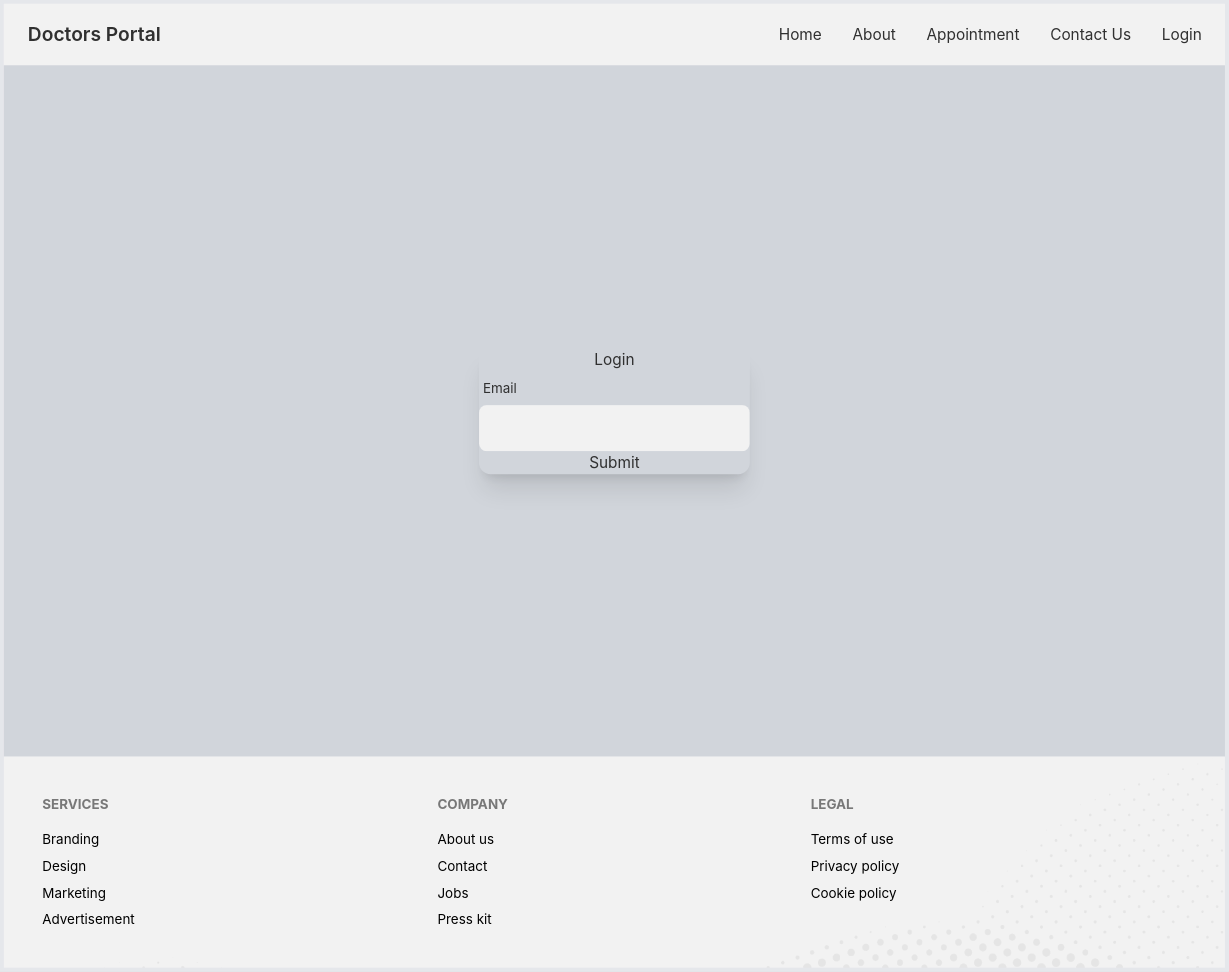
Repository: Samad77/Doctorportal-Client
Page: /login
These files come from the project's save history. The page is drawn as it stood at one moment and after the next save; the edit follows.
The browser window is 1280 px wide. The pictures show the whole page, at 96% of full size.
The project was rebuilt for these pictures with package versions that can differ from the ones it lists, and the page was loaded fresh each time. Also part of the build but not shown: src/Pages/Appointment/BookingModal/BookingModal.js, src/Pages/Appointment/AppoinmentCard/AppoinmentCard.js, src/Pages/Appointment/AppointmentBanner/AppointmentBanner.js, src/Pages/Appointment/AvailavleAppoinment/AvailableAppoinment.js, src/Pages/Appointment/Appoinment/Appoinment.js, src/Components/PrimaryButton/PrimaryButton.js, src/Pages/Home/Banner/Banner.js, src/Pages/Home/Cards/Cards.js and 5 more.

Above is the page before, as saved 2022-11-15 11:05:16.

### src/index.js
import React from 'react';
import ReactDOM from 'react-dom/client';
import './index.css';
import App from './App';
import reportWebVitals from './reportWebVitals';
import 'react-day-picker/dist/style.css';
const root = ReactDOM.createRoot(document.getElementById('root'));
root.render(
  <React.StrictMode>
    <App />
  </React.StrictMode>
);

// If you want to start measuring performance in your app, pass a function
// to log results (for example: reportWebVitals(console.log))
// or send to an analytics endpoint. Learn more: https://bit.ly/CRA-vitals
reportWebVitals();

### src/App.js
import logo from './logo.svg';
import './App.css';
import {RouterProvider} from 'react-router-dom'
import router from './Layout/Routes/Routes';
import Cards from './Pages/Home/Cards/Cards';
function App() {
  return (
    <div className="App max-w-[1440px] mx-auto border-4">
      <RouterProvider router={router}>

      </RouterProvider>
    </div>
  );
}

export default App;

### src/Layout/Routes/Routes.js
import { createBrowserRouter } from "react-router-dom";
import Appoinment from "../../Pages/Appointment/Appoinment/Appoinment";
import Home from "../../Pages/Home/Home";
import Login from "../../Pages/Login/Login";
import Main from "../Main/Main";

const router = createBrowserRouter([
    {path : "/",
    element : <Main></Main>,
    children : [
        {path : '/', element : <Home></Home>,},
        {path: '/home', element : <Home></Home>},
        {path: '/login', element : <Login></Login>},
        {path : '/appointment', element: <Appoinment></Appoinment>}
    ]
    }
])

export default router;

### src/Pages/Login/Login.js
import React, { useState } from 'react';
import { useForm } from 'react-hook-form';

const Login = () => {
    const { register, handleSubmit } = useForm();
    const [data, setData] = useState("");

    return (
        <section className='h-screen flex justify-center items-center  bg-gray-300'>

            <form onSubmit={handleSubmit((data) => setData(JSON.stringify(data)))} className=" rounded-xl shadow-xl">
                <h1 className=''>Login</h1>
                <div className="form-control  max-w-xs">
                    <label className="label">
                        <span className="label-text">Email</span>
                    </label>
                    <input type="text" {...register("Email")} className="input input-bordered- w-full max-w-xs"/>
                </div>
                {/* <select {...register("category", { required: true })}>
                    <option value="">Select...</option>
                    <option value="A">Option A</option>
                    <option value="B">Option B</option>
                </select> */}
                {/* <textarea {...register("aboutYou")} placeholder="About you" /> */}
                <p>{data}</p>
                <input type="submit" />
            </form>
        </section>
    );
};

export default Login;

### src/Layout/Main/Main.js
import React from 'react';
import Footer from '../../Pages/Shared/Footer/Footer';
import Navbar from '../../Pages/Shared/Navbar/Navbar';
import {Outlet} from 'react-router-dom'
const Main = () => {
    return (
        <div>
            <Navbar></Navbar>
                <Outlet></Outlet>
            <Footer></Footer>
        </div>
    );
};

export default Main;

### src/Pages/Shared/Footer/Footer.js
import React from 'react';
import footerImg from '../../../assets/images/footer.png'
const Footer = () => {
    return (
        <footer className="footer p-10 text-black" style={{background : `url(${footerImg})`, backgroundSize: "cover"}}>
  <div>
    <span className="footer-title">Services</span>
    <a className="link link-hover">Branding</a>
    <a className="link link-hover">Design</a>
    <a className="link link-hover">Marketing</a>
    <a className="link link-hover">Advertisement</a>
  </div>
  <div>
    <span className="footer-title">Company</span>
    <a className="link link-hover">About us</a>
    <a className="link link-hover">Contact</a>
    <a className="link link-hover">Jobs</a>
    <a className="link link-hover">Press kit</a>
  </div>
  <div>
    <span className="footer-title">Legal</span>
    <a className="link link-hover">Terms of use</a>
    <a className="link link-hover">Privacy policy</a>
    <a className="link link-hover">Cookie policy</a>
  </div>
</footer>
    );
};

export default Footer;

### src/Pages/Shared/Navbar/Navbar.js
import React from 'react';
import {Link} from 'react-router-dom'
const Navbar = () => {

    const menuItems =

    <React.Fragment>
        <li><Link to="/home">Home</Link></li>
        <li><Link to="/about">About</Link></li>
        <li><Link to="/appointment">Appointment</Link></li>
        <li><Link to="/contact">Contact Us</Link></li>
        <li><Link to="/login">Login</Link></li>
    </React.Fragment>

    return (
        <div className="navbar bg-base-100 flex justify-between">
  <div className="navbar-start">
    <div className="dropdown">
      <label tabIndex={0} className="btn btn-ghost lg:hidden">
        <svg xmlns="http://www.w3.org/2000/svg" className="h-5 w-5" fill="none" viewBox="0 0 24 24" stroke="currentColor"><path strokeLinecap="round" strokeLinejoin="round" strokeWidth="2" d="M4 6h16M4 12h8m-8 6h16" /></svg>
      </label>
      <ul tabIndex={0} className="menu menu-compact dropdown-content mt-3 p-2 shadow rounded-box w-52">
            {menuItems}
      </ul>
    </div>
    <Link to='/' className="btn btn-ghost normal-case text-xl">Doctors Portal</Link>
  </div>
  <div className="navbar-center hidden lg:flex">
    <ul className="menu menu-horizontal p-0">
        {menuItems}
    </ul>
  </div>

</div>
    );
};

export default Navbar;

### tailwind.config.js
/** @type {import('tailwindcss').Config} */
module.exports = {
  content: ["./src/**/*.{js,jsx,ts,tsx}"],
  theme: {
    extend: {},
  },
  daisyui : {
    themes : [

    {
      doctorThemes: {

primary: "#0FCFEC",

secondary: "#19D3AE",

neutral: "#3A4256",

"base-100": "#F2F2F2",

      },
    },
  ]
  },
  plugins: [require("daisyui")],
}

Loaded but not shown: public/index.html (common file); src/index.css (common file); src/reportWebVitals.js (common file); src/App.css (common file)

After the next save:
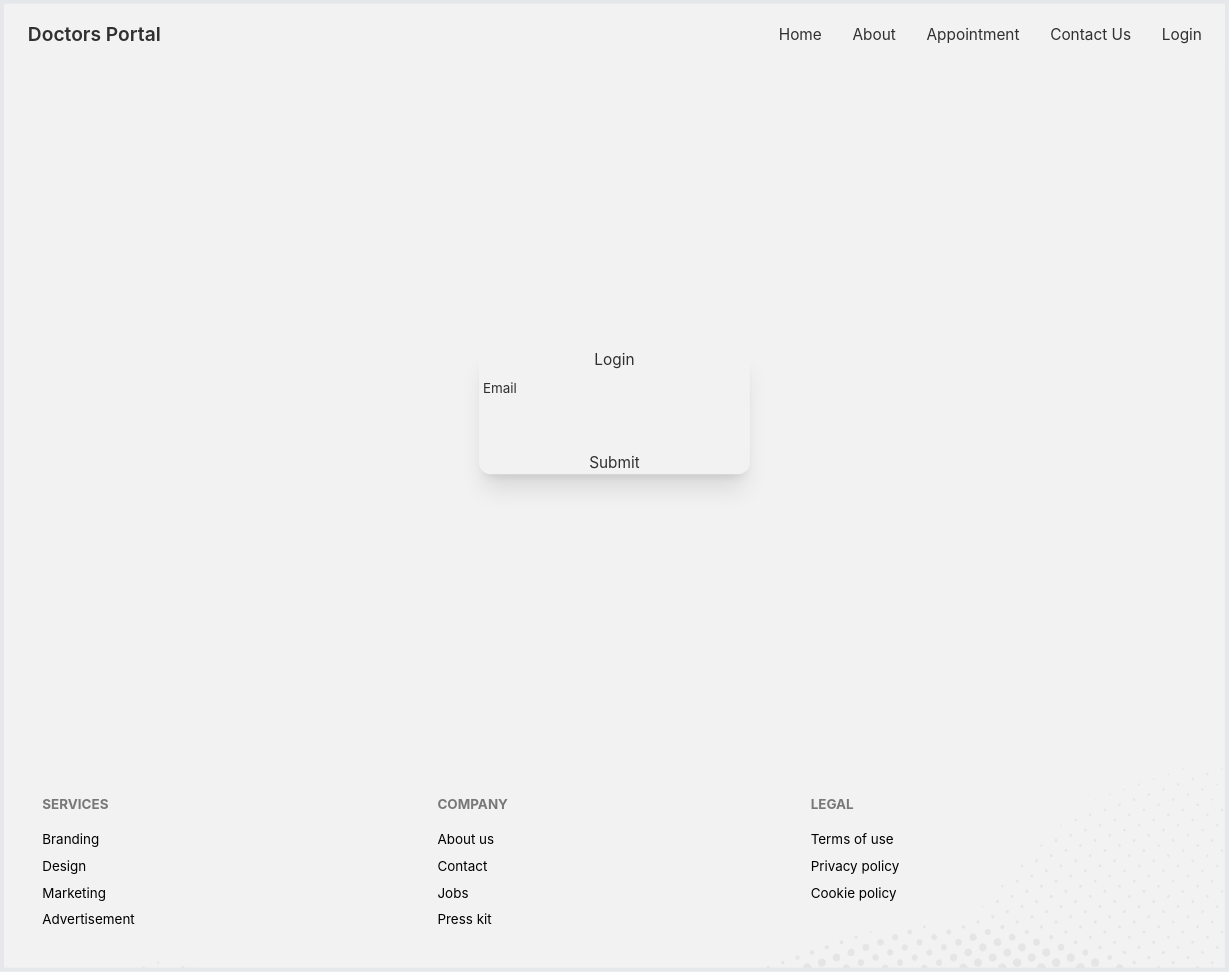
Saved 13 s later.
--- a/src/Pages/Login/Login.js
+++ b/src/Pages/Login/Login.js
@@ -6,7 +6,7 @@ const Login = () => {
     const [data, setData] = useState("");
 
     return (
-        <section className='h-screen flex justify-center items-center  bg-gray-300'>
+        <section className='h-screen flex justify-center items-center  '>
 
             <form onSubmit={handleSubmit((data) => setData(JSON.stringify(data)))} className=" rounded-xl shadow-xl">
                 <h1 className=''>Login</h1>
